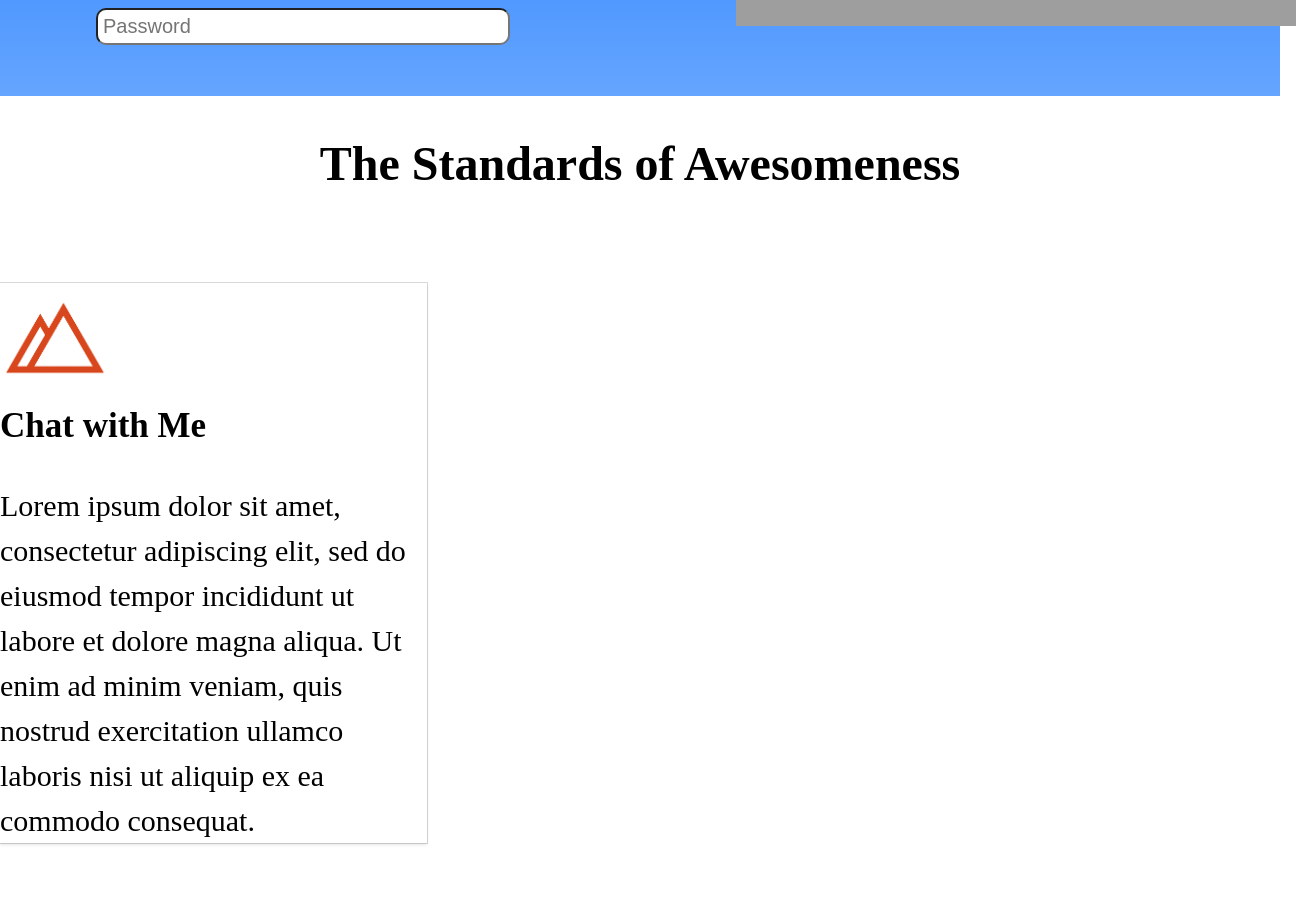
Repository: jesar-enl/My-CSS-Website
Page: index.html
An editor plug-in stored every save of this project. The page is shown before and after a run of saves, followed by the edit.
The browser window is 1280 px wide. The page is 1296 px wide, so the pictures cover 1296 px, including what lies to the right of the window. The pictures show the part of the page from y = 404 to 1328 px (the page is 1328 px tall before and 1208 px after).
Pictures or frames that could not be fetched are drawn as grey boxes.

Above is the page before, as saved 2022-07-27 12:52:59.

### index.html
<!DOCTYPE html>
<html lang="en">
  <head>
    <meta charset="UTF-8" />
    <meta http-equiv="X-UA-Compatible" content="IE=edge" />
    <meta name="viewport" content="width=device-width, initial-scale=1.0" />
    <title>My CSS website</title>
    <link rel="stylesheet" href="style.css" />
  </head>
  <body>
    <nav>
      <ul class="topnav" id="dropdownClick">
        <li><a href="#home">Home</a></li>
        <li><a href="#contact">Contact</a></li>
        <li><a href="#news">News</a></li>
        <li><a href="#about">About</a></li>
        <li class="topnav-right"><a href="#signup">SignUp</a></li>
        <li class="topnav-right"><a href="#login">LogIn</a></li>

        <!--
          This unicode is called 'Trigram for Heaven'.
          It can be used to hide the menu when we shrink the screen to a mobile sized.

          Thousands of unicode characters can be accessed from the unicode table 'https://unicode-table.com/en/'
        -->

        <li class="dropdown">
          <!--
            Having the href like this is to inform the browser
            that perform this link as a javascript command,
            heading to nowhere. Stay around this page.
          -->

          <a href="javascript:void(0);" onclick="handleClick()">&#9776;</a>
        </li>
      </ul>
    </nav>

    <div class="container" id="section-1-gradient">
      <div class="row">
        <div class="col-6">
          <div class="leftSideCol">
            <h1 class="large">Crazy Radness</h1>
            <h1 class="large">Made for Developers</h1>
          </div>
          <form action="">
            <div class="leftSideCol">
              <h2>Username</h2>
              <input
                type="text"
                class="inputbox"
                placeholder="Username"
                name="username"
              />
              <h2>Password</h2>
              <input type="password" name="password" placeholder="Password" />
            </div>
          </form>
        </div>
        <div class="col-6">
          <div class="rightSideCol videoContainer">
            <iframe
              width="560"
              height="315"
              src="https://www.youtube.com/embed/ZxKM3DCV2kE"
              title="YouTube video player"
              frameborder="0"
              allow="accelerometer; autoplay; clipboard-write; encrypted-media; gyroscope; picture-in-picture"
              allowfullscreen
            ></iframe>
          </div>
        </div>
      </div>
    </div>

    <header>
      <h1 class="section-2-header">The Standards of Awesomeness</h1>
    </header>

    <div class="container">
      <div class="row">
        <div class="col-4">
          <div class="box">
            <div class="icon">
              <img class="dev" src="devslopes.png" alt="dev icon" />
            </div>
            <label for="">Chat with Me</label>
            <p>
              Lorem ipsum dolor sit amet, consectetur adipiscing elit, sed do
              eiusmod tempor incididunt ut labore et dolore magna aliqua. Ut
              enim ad minim veniam, quis nostrud exercitation ullamco laboris
              nisi ut aliquip ex ea commodo consequat.
            </p>
          </div>
        </div>
      </div>
    </div>
    <script src="index.js"></script>
  </body>
</html>

### style.css
/* ########## Defaults ########### */

nav,
header,
footer {
  display: block;
}

body {
  line-height: 1.5;
  margin: 0;
}

label {
  font-size: 35px;
  font-weight: 800;
}

p {
  font-size: 30px;
}

.container {
  width: 100%;
  margin: auto;
  padding-top: 4%;
  padding-bottom: 4%;
}

.row {
  width: 100%;
  display: flex;
  flex-wrap: wrap;
  align-items: center;
}

.row::after {
  display: table;
  clear: both;
  content: '';
}

.col-1 {
  width: 8.33%;
}
.col-2 {
  width: 16.66%;
}
.col-3 {
  width: 25%;
}
.col-4 {
  width: 33.33%;
}
.col-5 {
  width: 41.66%;
}
.col-6 {
  width: 50%;
}
.col-7 {
  width: 58.33%;
}
.col-8 {
  width: 66.66%;
}
.col-9 {
  width: 75%;
}
.col-10 {
  width: 83.33%;
}
.col-11 {
  width: 91.66%;
}
.col-12 {
  width: 100%;
}

/* ######### Navigation Bar ######## */

nav {
  width: 100%;
  margin: 0;
}

nav ul {
  background-color: #eee;
  overflow: hidden;
  margin: 0;
  padding: 0;
}
/* the list-style removes the bullet points from the list items */
ul.topnav li {
  list-style: none;
  float: left;
}

ul.topnav li.topnav-right {
  float: right;
}

ul.topnav li a {
  display: block;
  text-decoration: none;
  min-height: 1.5rem;
  text-align: center;
  padding: 14px;
  text-transform: uppercase;
  color: #665;
}

ul.topnav li a:hover {
  background-color: #7ab6f3;
  color: #fff;
}

.dropdown {
  display: none;
}

/* #################### Custom styles ################## */

#section-1-gradient {
  background: #076dff;
  background: -webkit-gradient(#076dff, #65a5ff);
  background: -o-linear-gradient(#076dff, #65a5ff);
  background: -moz-linear-gradient(#076dff, #65a5ff);
  background: linear-gradient(#076dff, #65a5ff);
}

.box {
  background-color: #fff;
  /*
    The "box-shadow" syntax is as follows:

    box-shadow: horizontal-length vertical-length blur-radius spread-radius rgba(r, g, b, opacity);
  */
  box-shadow: 0 0 0 1px rgba(0, 0, 0, 0.15), 0 2px 3px 0 rgba(0, 0, 0, 0.1);
}

.leftSideCol {
  margin-left: 15%;
}

.rightSideCol {
  margin-left: 15%;
}

.large {
  color: #fff;
  font-size: 2.2rem;
  margin: 0;
  line-height: 1.7;
}

.section-2-header {
  font-size: 3rem;
  text-align: center;
}

input[type='text'] {
  font-size: 20px;
  width: 400px;
  min-width: 100px;
  padding: 5px;
  border-radius: 10px;
}

form h2 {
  color: #fff;
}

input[type='password'] {
  font-size: 20px;
  width: 400px;
  padding: 5px;
  min-width: 100px;
  border-radius: 10px;
}

.icon {
  width: 100%;
}

.dev {
  width: 110px;
  height: 110px;
}

/* ############ Media Query ########### */

@media screen and (max-width: 680px) {
  /*
    This tells the browser to hide all the list
    elements of the nav bar except the first one.
  */

  ul.topnav li:not(:nth-child(1)) {
    display: none;
  }

  ul.topnav li.dropdown {
    display: block;
    float: right;
  }

  ul.topnav.responsive li.dropdown {
    position: absolute;
    top: 0;
    right: 0;
  }

  ul.topnav.responsive {
    position: relative;
  }

  /* Places the list items in a row manner. */
  ul.topnav.responsive li {
    display: inline;
    float: none;
  }

  ul.topnav.responsive li a {
    /* displays the items in a manner of stacking on top of each other. */
    display: block;
    text-align: left;
  }

  .col-6 {
    width: 100%;
    margin: 0;
  }

  .rightSideCol {
    margin-top: 5%;
  }

  .videoContainer iframe {
    position: relative;
    width: 100%;
    margin: 0;
    overflow: hidden;
  }

  leftSideCol,
  rightSideCol {
    margin: 15px;
  }

  input[type='text'] {
    width: 300px;
  }

  input[type='password'] {
    width: 300px;
  }
}

@media screen and (max-width: 890px) {
  /*
    This tells the browser to hide all the list
    elements of the nav bar except the first one.
  */

  ul.topnav li:not(:nth-child(1)) {
    display: none;
  }

  ul.topnav li.dropdown {
    display: block;
    float: right;
  }

  ul.topnav.responsive li.dropdown {
    position: absolute;
    top: 0;
    right: 0;
  }

  ul.topnav.responsive {
    position: relative;
  }

  /* Places the list items in a row manner. */
  ul.topnav.responsive li {
    display: inline;
    float: none;
  }

  ul.topnav.responsive li a {
    /* displays the items in a manner of stacking on top of each other. */
    display: block;
    text-align: left;
  }

  .col-6 {
    width: 100%;
    margin: 0;
  }

  .rightSideCol {
    margin-top: 5%;
    max-width: 300px;
  }

  .videoContainer iframe {
    position: relative;
    width: 100%;
  }
}

### index.js
function handleClick() {
  var list = document.getElementById('dropdownClick');
  if (list.className === 'topnav') {
    list.className += ' responsive';
    // change topnav to topnav.responsive
  } else {
    list.className = 'topnav';
  }
}

After the next 3 saves:
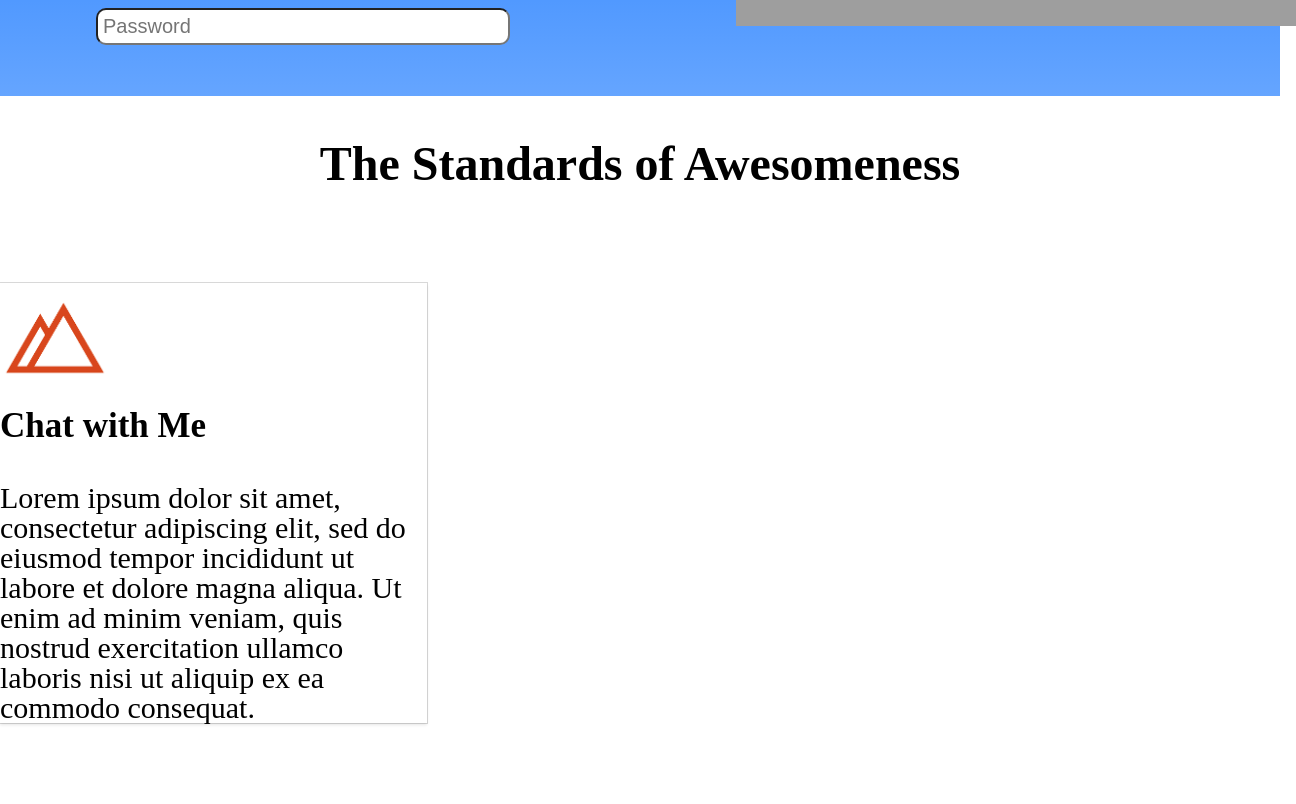
The 3 saves are shown as one change because they came seconds apart.
The last was saved 9 s later.
--- a/style.css
+++ b/style.css
@@ -18,6 +18,7 @@ label {
 
 p {
   font-size: 30px;
+  line-height: 1;
 }
 
 .container {
